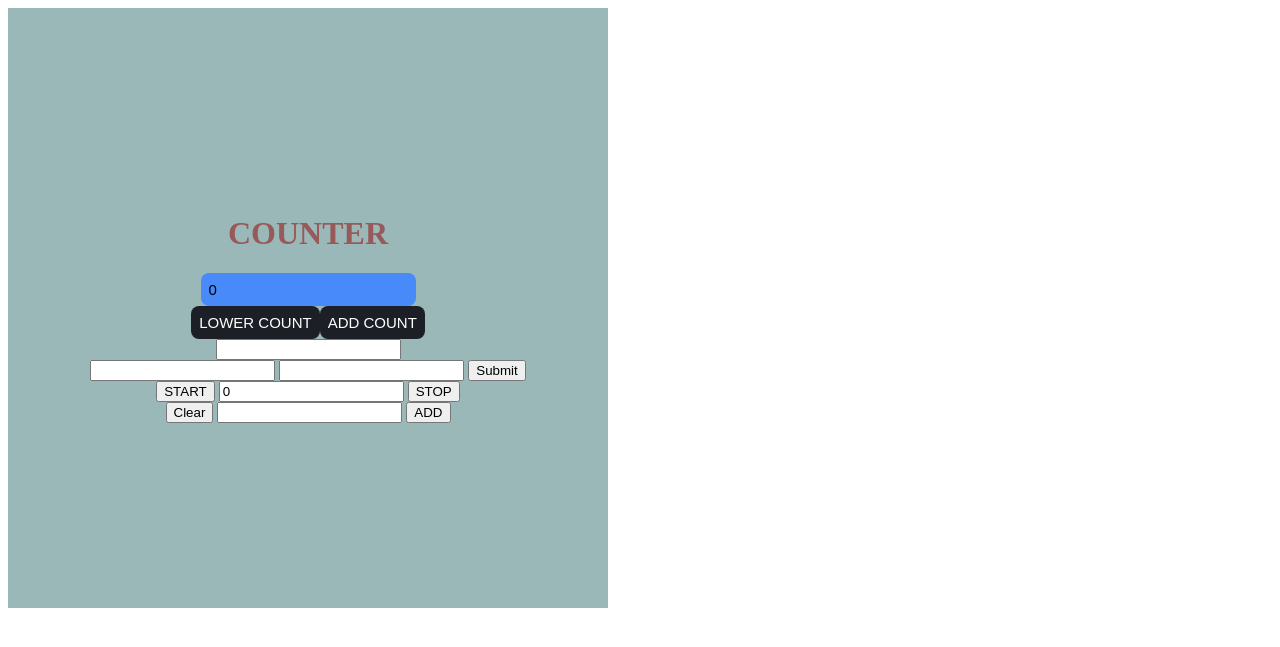
Repository: sedashahnazaryan/Caunter
Page: index.html
The author's editor kept a copy of each file at every save. The page is drawn from the files as they stood at one save, then again after the next save.
The browser window is 1280 px wide. The pictures show the whole page.

Above is the page before, as saved 2022-02-15 01:28:19.

### index.html
<!DOCTYPE html>
<html lang="en">
<head>
    <meta charset="UTF-8">
    <meta http-equiv="X-UA-Compatible" content="IE=edge">
    <meta name="viewport" content="width=device-width, initial-scale=1.0">
    <title>Caunter</title>
    <link rel="stylesheet" href="./index.css">
</head>

<body>
    <div class="container">

        <h1 class="counter">COUNTER</h1>
    <input class="item1"id="input" type="text" value="0">
    <div class="btn-item">
        <button id="lower" onclick="">LOWER COUNT </button>
        <button id ="add">ADD COUNT</button>
    </div>

    <input id ="result" type="text">
    <div class="add-item">
        <input id="num1" type="text">
        <input id="num2" type="text">
        <button id="submit">Submit</button>
    </div>

    <div class="item1">
        <button id ="start">START</button>
         <input id ="interval"value=0 type="text">
          <button id ="stop">STOP</button>
    </div>
    <div class="item2">
        <button id ="adding">Clear</button>
        <input id="result-fibo" type="text">
        <button id="add-fibo">ADD</button>
    </div>
</div>

   <script src="./index.js"></script>
</body>
</html>

### index.css




.container{
  display: flex;
  height: 600px;
  width: 600px;
  justify-content: center;
  align-items: center;
  background-color: rgb(155, 184, 184);
  flex-direction: column;
}

.counter{
color: rgba(151, 75, 75, 0.87);

}



.btn-item{
    display: flex;
    justify-content: center;
}
#add,#lower {
    background-color: #1c1f25;
    color: white;
    padding: 8px;
    border-radius: 8px;
    border: none;
    font-size: 15px;

    cursor: pointer;

}
/* #lower {
    background-color: #498AFB;
    color: white;
    padding: 8px;
    border-radius: 8px;
    border: none;
    font-size: 15px;
    cursor: pointer; */

           #input{
        background-color: #498AFB;
        /* color: white; */
        padding: 8px;
        border-radius: 8px;
        border: none;
        font-size: 15px;

        cursor: pointer;
    }

### index.js
let counterDisplayElem = document.getElementById('input');
let counterMinusElem = document.getElementById('lower');
let counterPlusElem = document.getElementById('add');
let result=document.getElementById('result');
let num1 =document.getElementById('num1');
let num2 =document.getElementById('num2');
let submit=document.getElementById('submit');
let number = 0;



counterPlusElem.addEventListener("click",()=>{
    counterDisplayElem.value++;
}) ;

counterMinusElem.addEventListener("click",()=>{
    counterDisplayElem.value--;
});

function curry(a){
    return function(b){
       return a+b;
    }

};
submit.addEventListener('click',()=>{
result.value=curry(+num1.value)(+num2.value);

});
function fibonacci(num){
    if(num<=1){
        return num;

    }
      return fibonacci(num-1)+fibonacci(num-2);
    //   0,1,1,2,3,5,8,13,21-8րդ թիվն է
}
document.getElementById("add-fibo").addEventListener('click',()=>{
    document.getElementById('result-fibo').value+=fibonacci(number);
    number++;


    })

    document.getElementById("adding").addEventListener("click", ()=>{
        document.getElementById("result-fibo").value = "";
        number=0;
      });

      let interval;
      function starting(){
      interval=setInterval(() => {
          document.getElementById('interval').value++;

      }, 500)};

      function off(){
        clearInterval(interval);
        document.getElementById('interval').value="";

      }
      document.getElementById('start').addEventListener('click',starting)


      document.getElementById('stop').addEventListener('click',off);

After the next save:
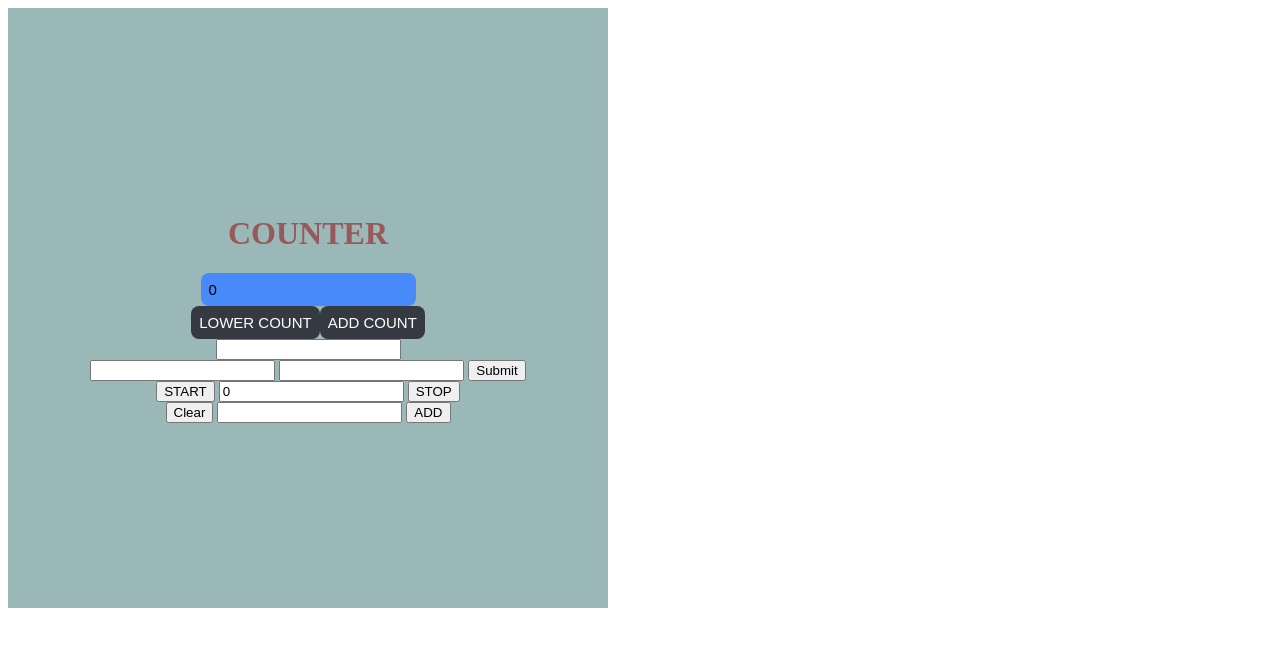
Saved 7 s later.
--- a/index.css
+++ b/index.css
@@ -24,7 +24,7 @@ color: rgba(151, 75, 75, 0.87);
     justify-content: center;
 }
 #add,#lower {
-    background-color: #1c1f25;
+    background-color: #343942;
     color: white;
     padding: 8px;
     border-radius: 8px;
